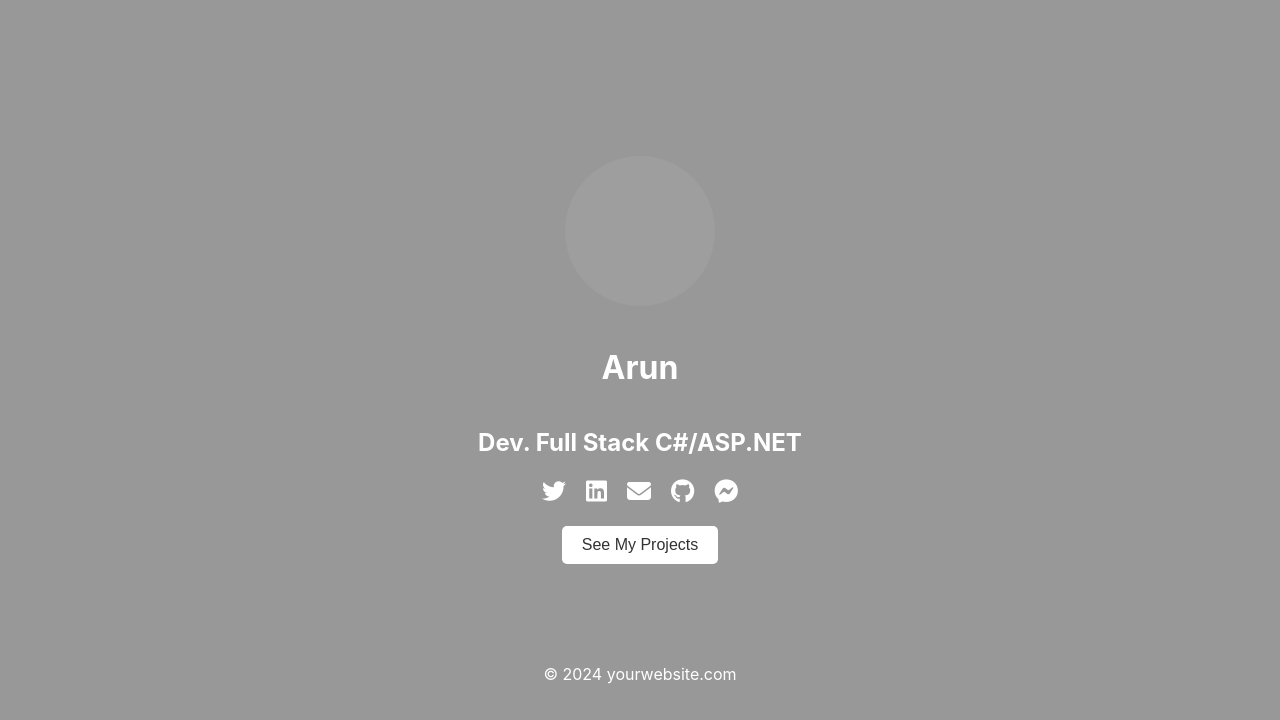
Repository: arunlorenz/portfolio
Page: /
An editor plug-in stored every save of this project. The page is shown before and after the next save, followed by the edit.
The browser window is 1280 px wide. The pictures show the whole page.
Pictures or frames that could not be fetched are drawn as grey boxes. The project was rebuilt for these pictures with package versions that can differ from the ones it lists, and the page was loaded fresh each time. Also part of the build but not shown: vite.config.ts, src/components/ProjectsPage.css, src/components/ProjectsPage.js.

Above is the page before, as saved 2024-08-06 20:23:22.

### src/index.js
import React from 'react';
import ReactDOM from 'react-dom';
import './index.css';
import App from './App';
import '@fortawesome/fontawesome-free/css/all.min.css';

ReactDOM.render(
  <React.StrictMode>
    <App />
  </React.StrictMode>,
  document.getElementById('root')
);

### src/App.js
import React from 'react';
import { BrowserRouter as Router, Route, Routes } from 'react-router-dom';
import HomePage from './components/HomePage';
import ProjectsPage from './components/ProjectsPage';

const App = () => {
  return (
    <Router>
      <Routes>
        <Route path="/" element={<HomePage />} />
        <Route path="/projects" element={<ProjectsPage />} />
      </Routes>
    </Router>
  );
};

export default App;

### src/components/HomePage.js
import React from 'react';
import { Link } from 'react-router-dom';
import './HomePage.css';

const HomePage = () => {
  return (
    <div className="home-page">
      <img src="your-photo-url.jpg" alt="Your Name" className="profile-pic" />
      <h1>Arun</h1>
      <h2>Dev. Full Stack C#/ASP.NET</h2>
      <div className="social-links">
        <a href="your-twitter-url" target="_blank" rel="noopener noreferrer">
          <i className="fab fa-twitter"></i>
        </a>
        <a href="your-linkedin-url" target="_blank" rel="noopener noreferrer">
          <i className="fab fa-linkedin"></i>
        </a>
        <a href="your-email-url" target="_blank" rel="noopener noreferrer">
          <i className="fas fa-envelope"></i>
        </a>
        <a href="your-github-url" target="_blank" rel="noopener noreferrer">
          <i className="fab fa-github"></i>
        </a>
        <a href="your-messenger-url" target="_blank" rel="noopener noreferrer">
          <i className="fab fa-facebook-messenger"></i>
        </a>
      </div>
      <Link to="/projects">
        <button className="projects-button">See My Projects</button>
      </Link>
      <footer>
        <p>© 2024 yourwebsite.com</p>
      </footer>
    </div>
  );
};

export default HomePage;

### src/components/HomePage.css
.home-page {
    display: flex;
    flex-direction: column;
    align-items: center;
    justify-content: center;
    height: 100vh;
    background-color: #999898;
    color: white;
    text-align: center;
  }

  .profile-pic {
    width: 150px;
    height: 150px;
    border-radius: 50%;
    margin-bottom: 20px;
  }

  .social-links a {
    margin: 0 10px;
    color: white;
    font-size: 24px;
  }

  .projects-button {
    margin-top: 20px;
    padding: 10px 20px;
    font-size: 16px;
    cursor: pointer;
    background-color: white;
    color: #333;
    border: none;
    border-radius: 5px;
  }

  footer {
    position: absolute;
    bottom: 20px;
    text-align: center;
    width: 100%;
  }

Loaded but not shown: public/index.html (common file); src/index.css (common file)

After the next save:
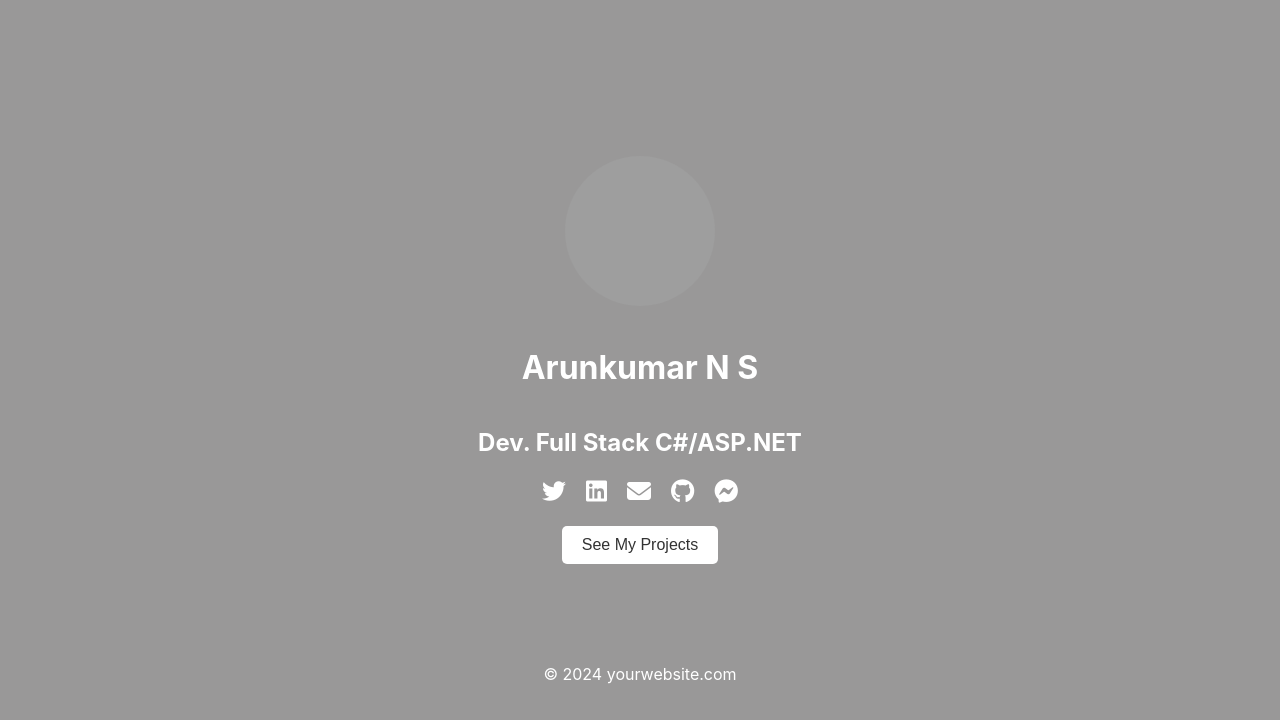
Saved 5 s later.
--- a/src/components/HomePage.js
+++ b/src/components/HomePage.js
@@ -6,7 +6,7 @@
   return (
     <div className="home-page">
       <img src="your-photo-url.jpg" alt="Your Name" className="profile-pic" />
-      <h1>Arun</h1>
+      <h1>Arunkumar N S</h1>
       <h2>Dev. Full Stack C#/ASP.NET</h2>
       <div className="social-links">
         <a href="your-twitter-url" target="_blank" rel="noopener noreferrer">
